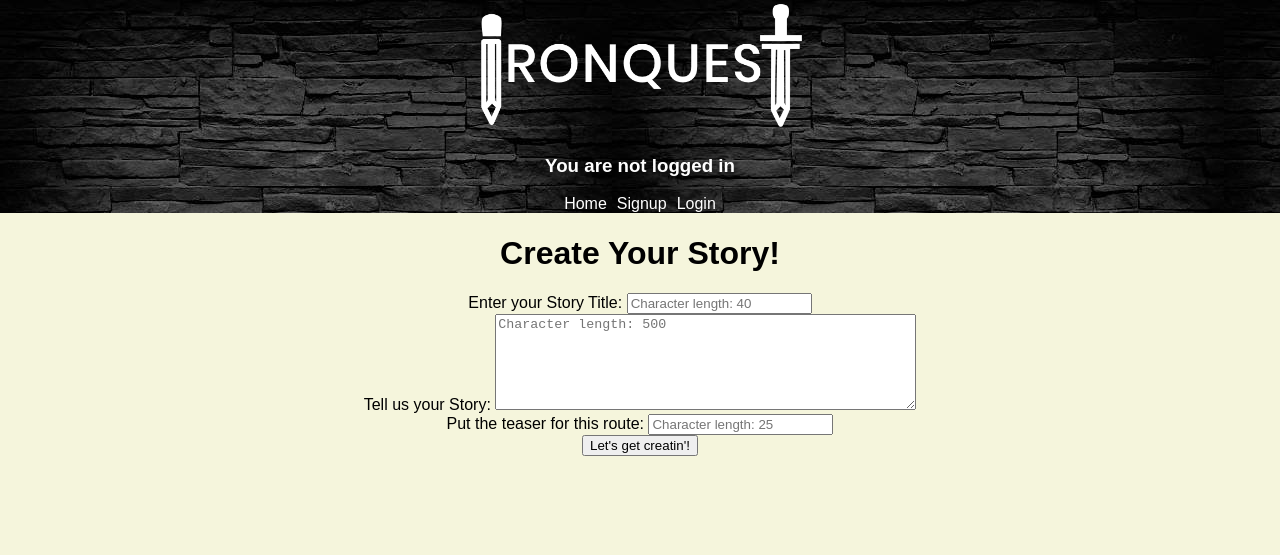
Repository: MikeTroianello/project4
Page: /createstory (app in client/)
An editor plug-in stored every save of this project. The page is shown before and after the next save, followed by the edit.
The browser window is 1280 px wide. The pictures show the whole page.
The project was rebuilt for these pictures with package versions that can differ from the ones it lists, and the page was loaded fresh each time. Also part of the build but not shown: client/src/components/pages/StoryPage.jsx, client/src/components/pages/ReadStory.jsx, client/src/components/pages/Home.jsx, client/src/components/pages/Login.jsx, client/src/components/pages/Signup.jsx, client/src/components/pages/Profile.jsx.

Above is the page before, as saved 2019-03-22 12:03:26.

After the next save:
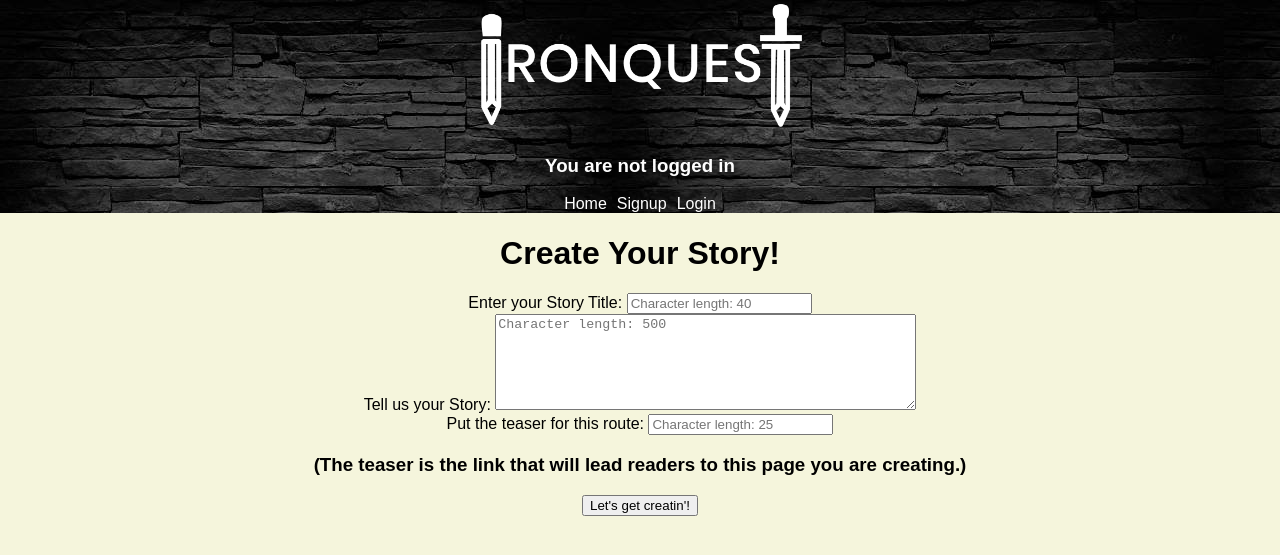
Saved 6 min 45 s later.
--- a/client/src/components/pages/CreateStory.jsx
+++ b/client/src/components/pages/CreateStory.jsx
@@ -72,6 +72,7 @@
             placeholder="Character length: 25"
             onChange={this.handleInputChange}
             /> <br></br>
+            <h3>(The teaser is the link that will lead readers to this page you are creating.)</h3>
           {/* <button onClick={(e) => this.handleClick}>Let's get creatin'!</button> */}
           <button>Let's get creatin'!</button>
 
